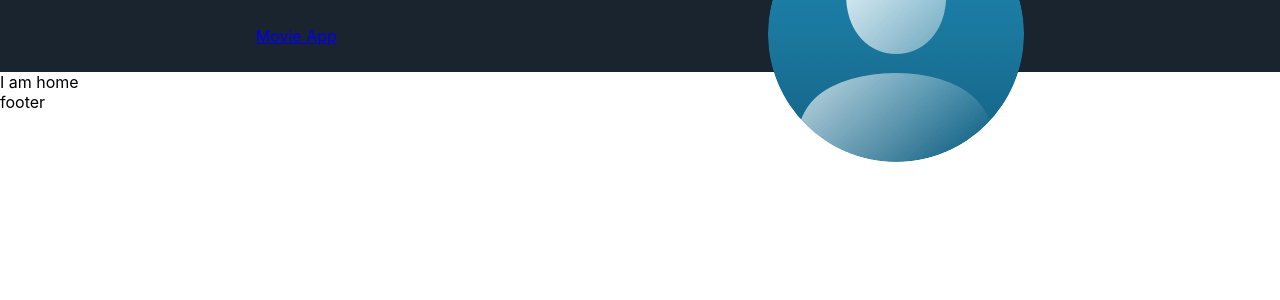
Repository: mahsa199170/React-Redux-Projects
Page: / (app in redux-toolkit-movie-app/)
These files come from the project's save history. The page is drawn as it stood at one moment and after the next save; the edit follows.
The browser window is 1280 px wide. The pictures show the whole page.
The project was rebuilt for these pictures with package versions that can differ from the ones it lists, and the page was loaded fresh each time. Also part of the build but not shown: redux-toolkit-movie-app/src/App.scss, redux-toolkit-movie-app/src/components/movieDetails/MovieDetails.scss, redux-toolkit-movie-app/src/components/movieDetails/MovieDetails.js, redux-toolkit-movie-app/src/components/pageNotFound/PageNotFound.js, redux-toolkit-movie-app/src/components/footer/Footer.scss.

Above is the page before, as saved 2024-11-04 12:19:04.

### redux-toolkit-movie-app/src/App.js
import './App.scss';
import { Route, Routes, BrowserRouter } from 'react-router-dom';
import Home from './components/home/Home';
import MovieDetails from './components/movieDetails/MovieDetails';
import PageNotFound from './components/pageNotFound/PageNotFound';
import Header from './components/header/Header';
import Footer from './components/footer/Footer';

function App() {
  return (
    <div className="app">
      <BrowserRouter>
        <Header />
        <Routes>
          <Route path="/" element={<Home />} />
          <Route path="/movie/:imdbID" element={<MovieDetails />} />
          <Route path="/page-not-found" element={<PageNotFound />} />
        </Routes>
        <Footer />
      </BrowserRouter>
    </div>
  );
}

export default App;

### redux-toolkit-movie-app/src/components/home/Home.js
import React from 'react';
import './Home.scss';

const Home = () => {
  return <div>I am home</div>;
};

export default Home;

### redux-toolkit-movie-app/src/components/header/Header.js
import React from 'react';
import './Header.scss';
import { Link } from 'react-router-dom';
import user from '../../images/user.png';
import notFound from '../../images/pnf.jpg';

const Header = () => {
  return (
    <div className="header">
      <Link to="/">
        <div className="logo">Movie App</div>
      </Link>
      <div className="user-image">
        <img src={user} alt="user" />
      </div>
    </div>
  );
};

export default Header;

### redux-toolkit-movie-app/src/components/footer/Footer.js
import React from 'react';
import './Footer.scss';

const Footer = () => {
  return <div>footer</div>;
};

export default Footer;

### redux-toolkit-movie-app/src/components/header/Header.scss
@import '../../common/colors.scss';

.header {
  background-color: $secondary-color;
  height: 72px;
  padding: 0px 40px;
  display: flex;
  align-items: center;
  justify-content: space-around;
}

logo {
}

.user-image {
}

Loaded but not shown: redux-toolkit-movie-app/public/index.html (common file); redux-toolkit-movie-app/src/index.js (common file); redux-toolkit-movie-app/src/index.css (common file); redux-toolkit-movie-app/src/common/colors.scss (common file); redux-toolkit-movie-app/src/components/home/Home.scss (no stored copy; drawn as an empty file); redux-toolkit-movie-app/src/components/pageNotFound/PageNotFound.scss (no stored copy; drawn as an empty file)

After the next save:
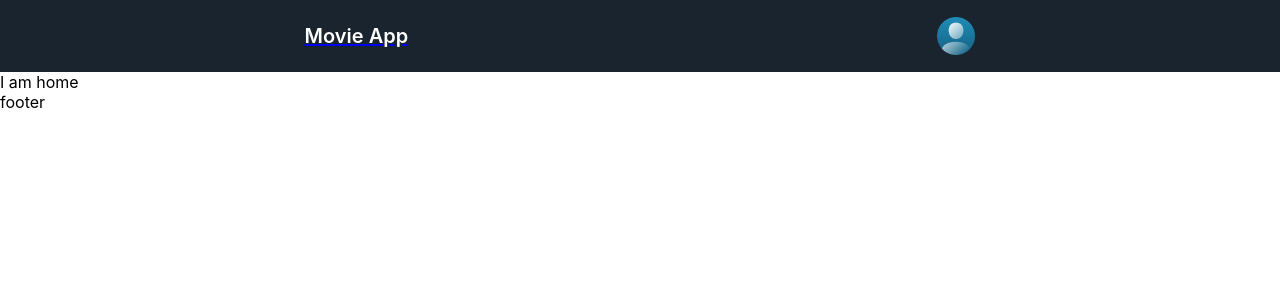
Saved 25 s later.
--- a/redux-toolkit-movie-app/src/components/header/Header.scss
+++ b/redux-toolkit-movie-app/src/components/header/Header.scss
@@ -9,8 +9,14 @@
   justify-content: space-around;
 }
 
-logo {
+.logo {
+  color: $font-primary;
+  font-size: 20px;
+  font-weight: 600;
 }
 
-.user-image {
+.user-image,
+.user-image img {
+  width: 38px;
+  height: 38px;
 }
